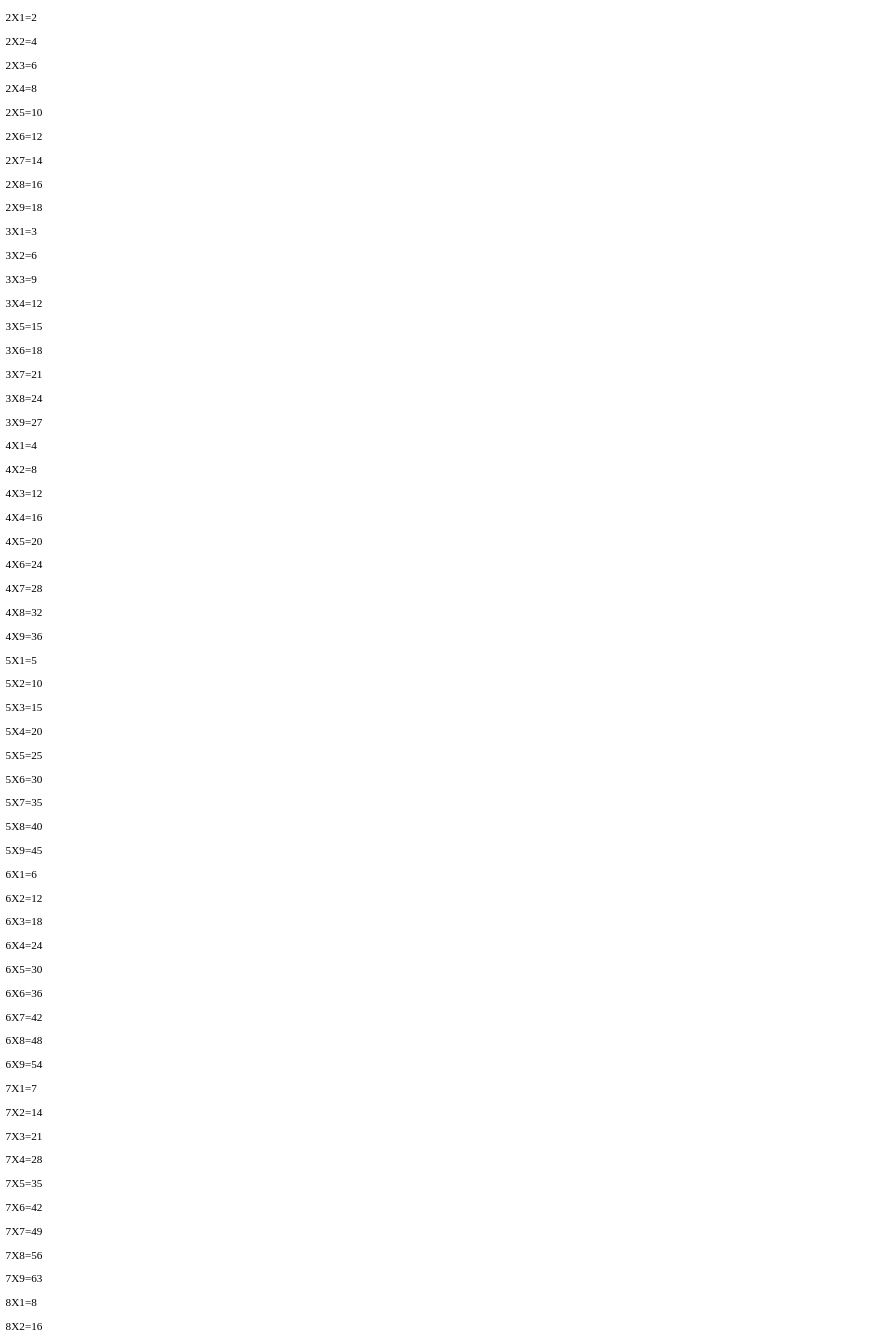
Repository: SanctusAlbino/Jsp_Servlet
Page: http://localhost/03.Tag/01.Script/Ex04For.jsp
An editor plug-in stored every save of this project. The page is shown before and after the next save, followed by the edit.
The browser window is 1280 px wide. The pictures show the part of the page from y = 0 to 1920 px (the page is 2464 px tall before and 4052 px after), at 70% of full size.
The page is served by Tomcat 9.

Above is the page before, as saved 2023-05-19 02:18:05.

### 03.Tag/src/main/webapp/01.Script/Ex04For.jsp
<%@ page language="java" contentType="text/html; charset=UTF-8"
    pageEncoding="UTF-8"%>
<!DOCTYPE html>
<html>
<head>
<meta charset="UTF-8">
<title>Insert title here</title>
</head>
<body>
	<%for(int i =2; i<10; i++){%>
		<% for(int j=1; j<10; j++){%>
			<p><%=i%>X<%=j%>=<%=i*j%></p>

		<% }%>

	<%}%>
</body>
</html>

After the next save:
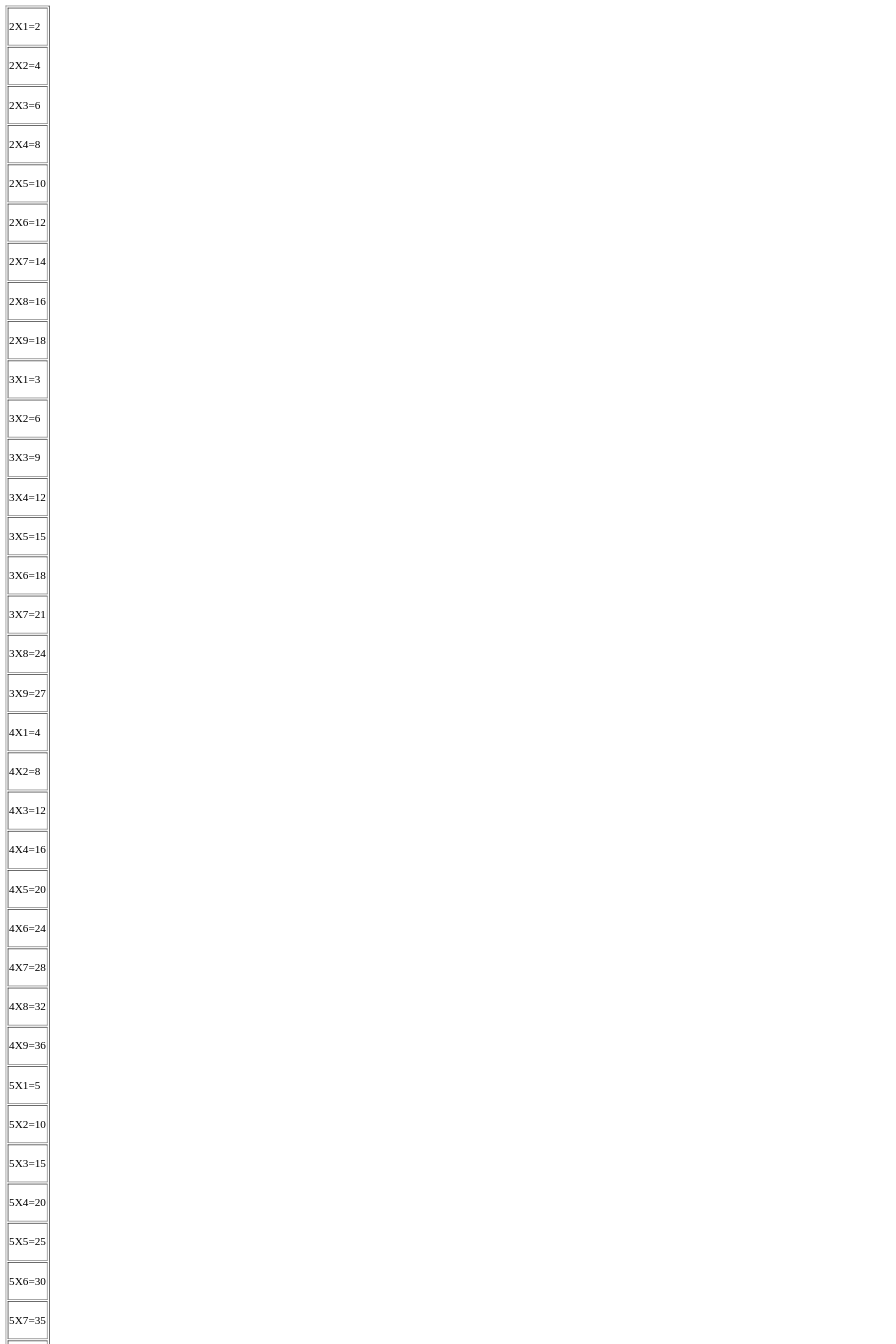
Saved 4 min 16 s later.
--- a/03.Tag/src/main/webapp/01.Script/Ex04For.jsp
+++ b/03.Tag/src/main/webapp/01.Script/Ex04For.jsp
@@ -7,12 +7,16 @@
 <title>Insert title here</title>
 </head>
 <body>
-	<%for(int i =2; i<10; i++){%>
+	<table border="1px solid black">
+		<%for(int i =2; i<10; i++){%>
 		<% for(int j=1; j<10; j++){%>
-			<p><%=i%>X<%=j%>=<%=i*j%></p>
+		<tr>
+			<td><p><%=i%>X<%=j%>=<%=i*j%></p></td>
+		</tr>
+		<% }%>
+	<%}%>
+	</table>
 
-		<% }%>
 
-	<%}%>
 </body>
 </html>
